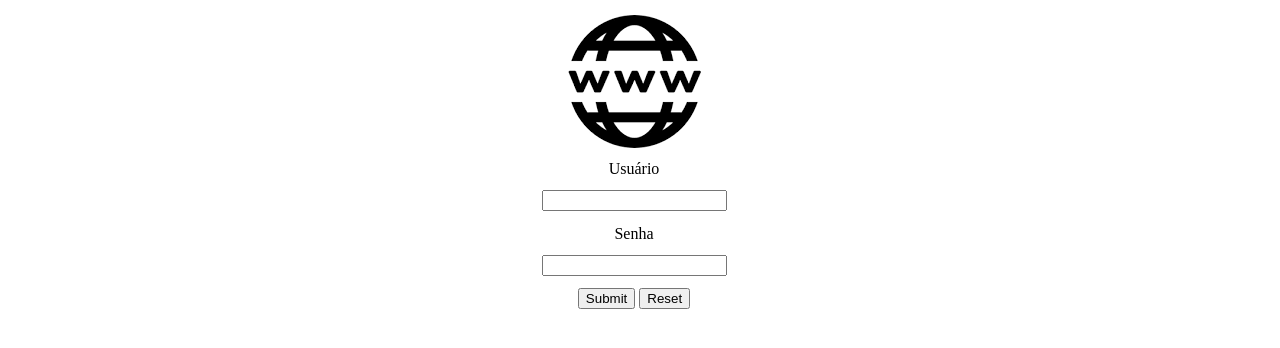
Repository: leonerdy-666/Estudos
Page: http://localhost/JavaWeb/Site.jsp
These files come from the project's save history. The page is drawn as it stood at one moment and after the next save; the edit follows.
The browser window is 1280 px wide. The pictures show the whole page.
The page is served by Tomcat 9.

Above is the page before, as saved 2023-04-10 23:31:29.

### Udemy/Projeto/JavaWeb/src/main/webapp/Site.jsp
<%@ page language="java" contentType="text/html; charset=ISO-8859-1"
	pageEncoding="ISO-8859-1"%>
<!DOCTYPE html PUBLIC "-//W3C//DTD HTML 4.01 Transitional//EN" "http://www.w3.org/TR/html4/loose.dtd">
<html>
<head>
<meta http-equiv="Content-Type" content="text/html; charset=ISO-8859-1">
<title>Site</title>
</head>
<body>
	<form action="">
		<table cellpadding="5" align="center">

			<tr>
				<td align="center"><img src="imagens/logo.png"></td>
			</tr>

			<tr>
				<td align="center">Usuário</td>
			</tr>
			<tr>
				<td><input type="text" name="txtUsuario" /></td>
			</tr>
			<tr>
			<tr>
				<td align="center">Senha</td>
			</tr>
			<tr>
				<td><input type="text" name="txtSenha" /></td>
			</tr>
			<tr>
				<td colspan="2" align="center"><input type="submit"> <input type="reset"></td>
				<td colspan="2" align="left"></td>
			</tr>
		</table>
	</form>
</body>
</html>

After the next save:
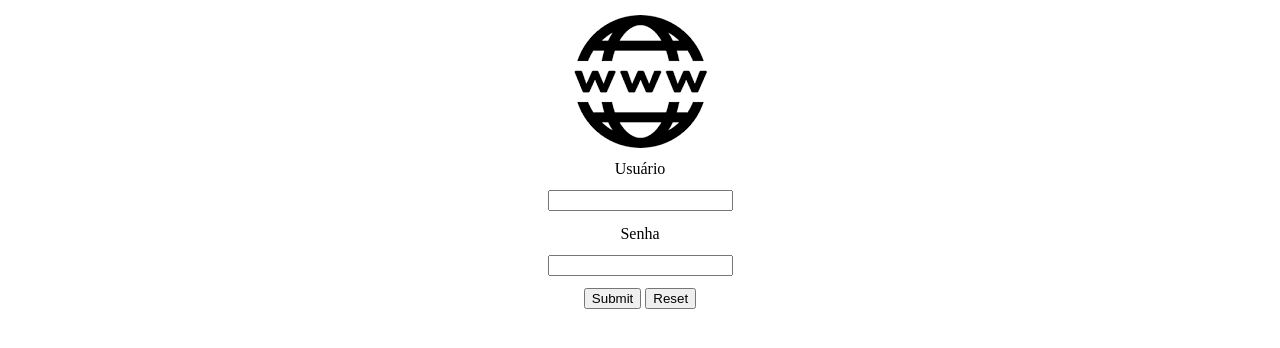
Saved 6 s later.
--- a/Udemy/Projeto/JavaWeb/src/main/webapp/Site.jsp
+++ b/Udemy/Projeto/JavaWeb/src/main/webapp/Site.jsp
@@ -29,7 +29,6 @@
 			</tr>
 			<tr>
 				<td colspan="2" align="center"><input type="submit"> <input type="reset"></td>
-				<td colspan="2" align="left"></td>
 			</tr>
 		</table>
 	</form>
